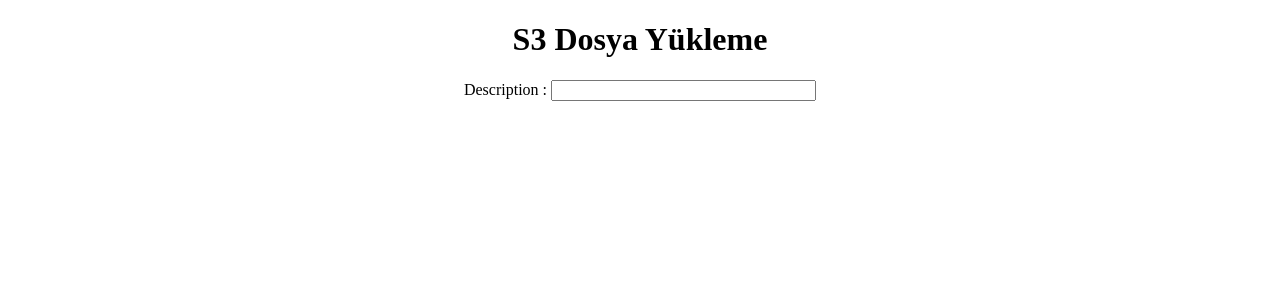
Repository: erengthb/AWS-Java-Servlet-Project
Page: http://localhost/Proje/upload.jsp
An editor plug-in stored every save of this project. The page is shown before and after the next save, followed by the edit.
The browser window is 1280 px wide. The pictures show the whole page.
The page is served by Tomcat 9. Other server files are loaded and not shown.

Above is the page before, as saved 2022-04-13 17:59:45.

### Proje/src/main/webapp/upload.jsp
<%@ page language="java" contentType="text/html; charset=ISO-8859-1"
    pageEncoding="ISO-8859-1"%>
<!DOCTYPE html>
<html>
<head>
<meta charset="ISO-8859-1">
<title>Dosya Yükleme</title>
</head>
<body>

<div align ="center">

<div><h1>S3  Dosya Yükleme</h1></div>

<div>

<form action ="upload" method = "post" encytpe = "multipart/form-data">
<p> Description : <input type ="text" name= "description" size="30" required/> </p>
</form>


</div>


</div>


</body>
</html>

After the next save:
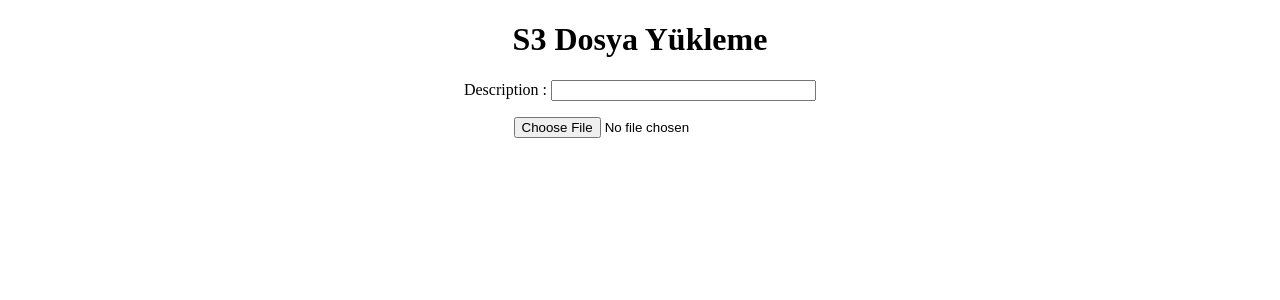
Saved 119 s later.
--- a/Proje/src/main/webapp/upload.jsp
+++ b/Proje/src/main/webapp/upload.jsp
@@ -11,17 +11,15 @@
 <div align ="center">
 
 <div><h1>S3  Dosya Yükleme</h1></div>
-
 <div>
-
 <form action ="upload" method = "post" encytpe = "multipart/form-data">
 <p> Description : <input type ="text" name= "description" size="30" required/> </p>
-</form>
+
+<p> <input type ="file" name = "file" required /></p>
 
 
+</form>
 </div>
-
-
 </div>
 
 
